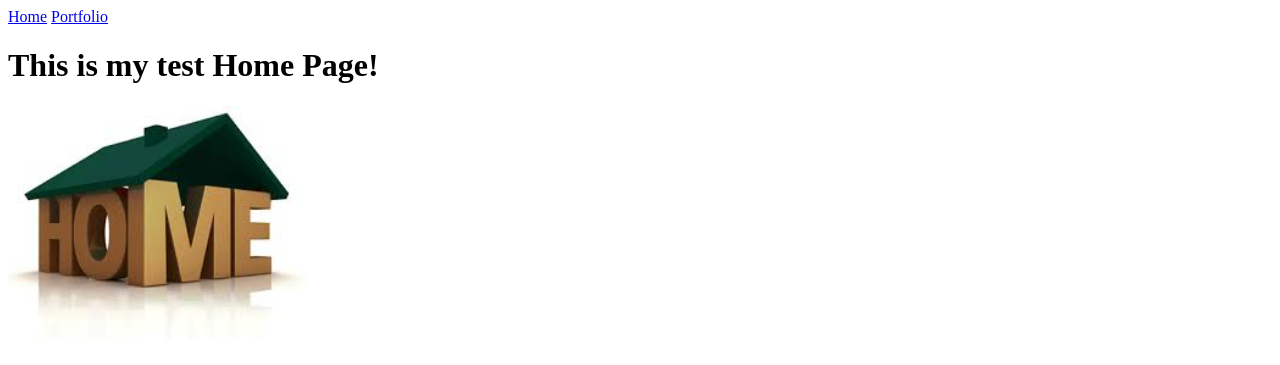
Repository: jriosjr2323/jriosjr23.github.io
Page: my_website/index.html
The author's editor kept a record of every edit. The page is drawn from the files as they stood at one moment, then again after the next edit.
The browser window is 1280 px wide. The pictures show the whole page.

Above is the page before.

After the next edit:
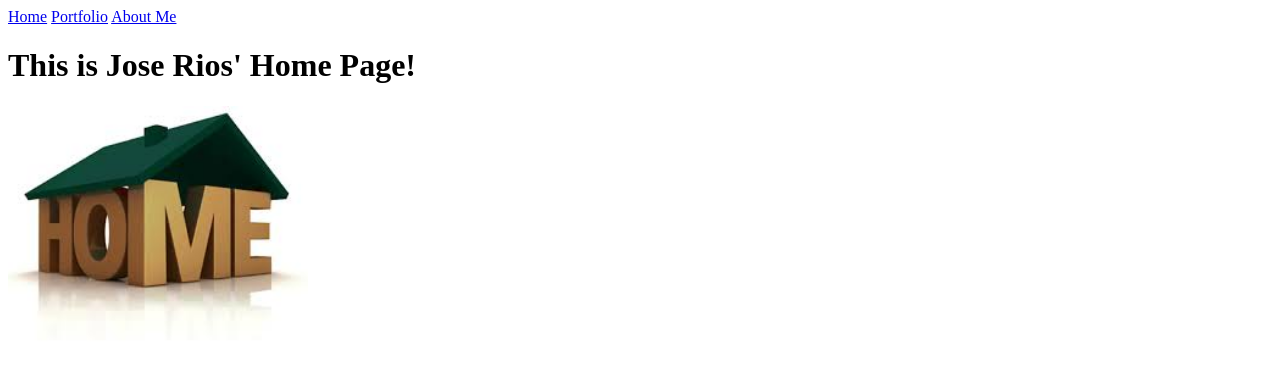
The edit:
--- a/my_website/index.html
+++ b/my_website/index.html
@@ -7,7 +7,8 @@
   <body>
     <a href="index.html">Home</a>
     <a href="portfolio.html">Portfolio</a>
-    <h1>This is my test Home Page!</h1>
+    <a href="aboutme.html">About Me</a>
+    <h1>This is Jose Rios' Home Page!</h1>
     <img src="images/home.jpg" height="250">
   </body>
 </html>
